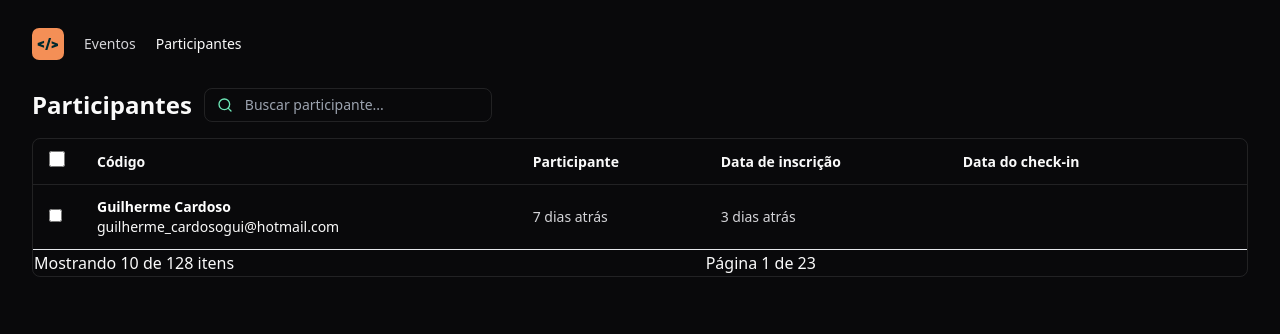
Repository: guilhermecardoso93/nlw-unite-react-2024
Page: /
An editor plug-in stored every save of this project. The page is shown before and after the next save, followed by the edit.
The browser window is 1280 px wide. The pictures show the whole page.
The project was rebuilt for these pictures with package versions that can differ from the ones it lists, and the page was loaded fresh each time. Also part of the build but not shown: vite.config.ts.

Above is the page before, as saved 2024-04-01 21:53:34.

After the next save:
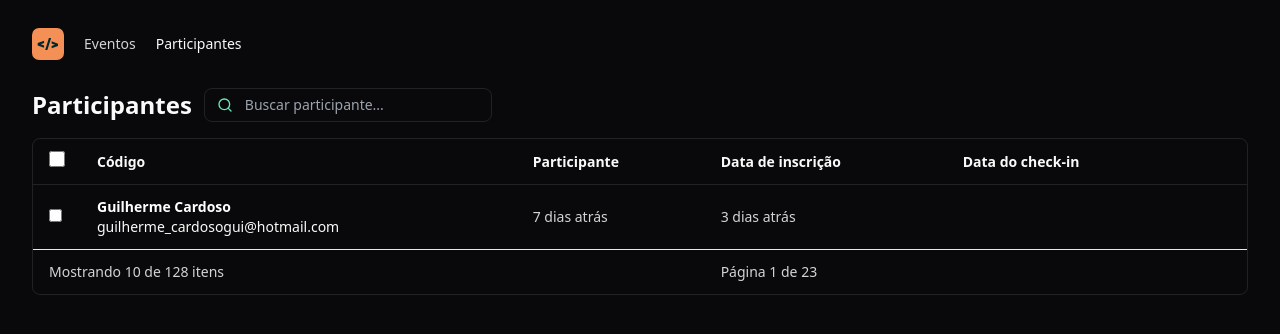
Saved 24 s later.
--- a/src/components/attendee-list.tsx
+++ b/src/components/attendee-list.tsx
@@ -67,8 +67,8 @@ export function AttendeeList() {
           </tbody>
           <tfoot>
             <tr>
-              <td colSpan={3}>Mostrando 10 de 128 itens</td>
-              <td colSpan={3}>Página 1 de 23</td>
+              <td colSpan={3} className="py-3 px-4 text-sm text-zinc-300">Mostrando 10 de 128 itens</td>
+              <td colSpan={3} className="py-3 px-4 text-sm text-zinc-300">Página 1 de 23</td>
             </tr>
           </tfoot>
         </table>
